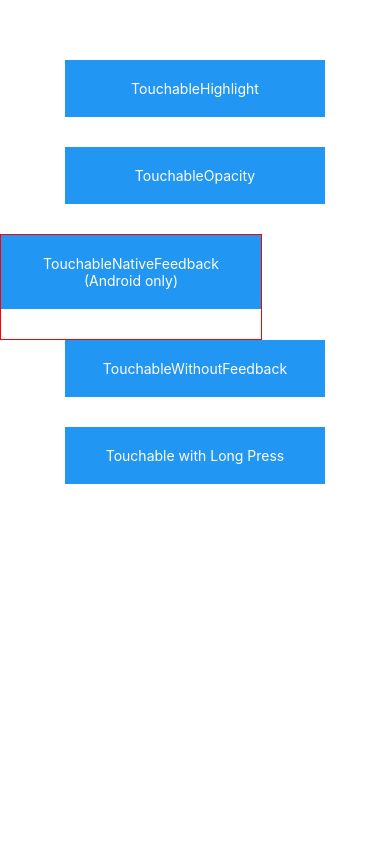
Repository: Waikato153/AwesomeProject
Screen: /
The author's editor kept a copy of each file at every save. The screen is drawn from the files as they stood at one save, then again after a run of saves.
The app was drawn by React Native's web renderer in a window 390 px wide. The project was rebuilt for these pictures with package versions that can differ from the ones it lists, and the page was loaded fresh each time.

Above is the screen before, as saved 2024-02-27 10:48:30.

After the next 4 saves:
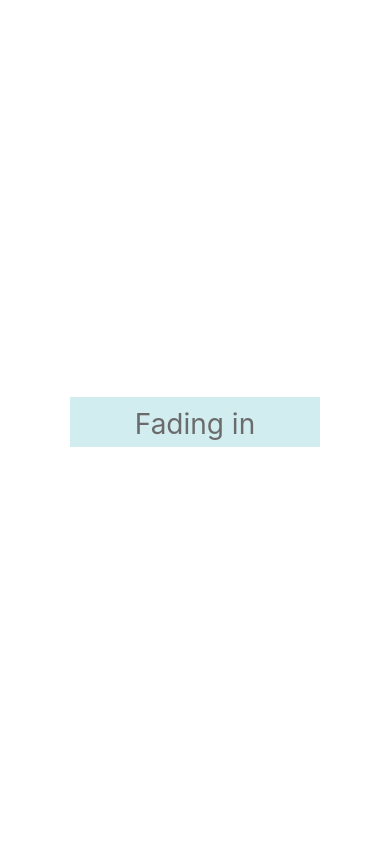
The 4 saves are shown as one change because 3 did not build or start.
The last was saved 9 h 39 min later.
--- a/App.js
+++ b/App.js
@@ -1,84 +1,47 @@
-import React, {Component} from 'react';
-import {
-  Alert,
-  Platform,
-  StyleSheet,
-  Text,
-  TouchableHighlight,
-  TouchableOpacity,
-  TouchableNativeFeedback,
-  TouchableWithoutFeedback,
-  View,
-} from 'react-native';
+import React, {useRef, useEffect} from 'react';
+import {Animated, Text, View} from 'react-native';
 
-export default class Touchables extends Component {
-  _onPressButton() {
-    Alert.alert('You tapped the button!');
-  }
+const FadeInView = props => {
+  const fadeAnim = useRef(new Animated.Value(0)).current; // Initial value for opacity: 0
 
-  _onLongPressButton() {
-    Alert.alert('You long-pressed the button!');
-  }
+  useEffect(() => {
+    Animated.timing(fadeAnim, {
+      toValue: 1,
+      duration: 10000,
+      useNativeDriver: true,
+    }).start();
+  }, [fadeAnim]);
 
-  render() {
-    return (
-      <View style={styles.container}>
-        <TouchableHighlight onPress={this._onPressButton} underlayColor="white">
-          <View style={styles.button}>
-            <Text style={styles.buttonText}>TouchableHighlight</Text>
-          </View>
-        </TouchableHighlight>
-        <TouchableOpacity onPress={this._onPressButton}>
-          <View style={styles.button}>
-            <Text style={styles.buttonText}>TouchableOpacity</Text>
-          </View>
-        </TouchableOpacity>
-        <TouchableNativeFeedback
-          onPress={this._onPressButton}
-          background={
-            Platform.OS === 'android'
-              ? TouchableNativeFeedback.SelectableBackground()
-              : undefined
-          }>
-          <View style={styles.button}>
-            <Text style={styles.buttonText}>
-              TouchableNativeFeedback{' '}
-              {Platform.OS !== 'android' ? '(Android only)' : ''}
-            </Text>
-          </View>
-        </TouchableNativeFeedback>
-        <TouchableWithoutFeedback onPress={this._onPressButton}>
-          <View style={styles.button}>
-            <Text style={styles.buttonText}>TouchableWithoutFeedback</Text>
-          </View>
-        </TouchableWithoutFeedback>
-        <TouchableHighlight
-          onPress={this._onPressButton}
-          onLongPress={this._onLongPressButton}
-          underlayColor="white">
-          <View style={styles.button}>
-            <Text style={styles.buttonText}>Touchable with Long Press</Text>
-          </View>
-        </TouchableHighlight>
-      </View>
-    );
-  }
-}
+  return (
+    <Animated.View // Special animatable View
+      style={{
+        ...props.style,
+        opacity: fadeAnim, // Bind opacity to animated value
+      }}>
+      {props.children}
+    </Animated.View>
+  );
+};
 
-const styles = StyleSheet.create({
-  container: {
-    paddingTop: 60,
-    alignItems: 'center',
-  },
-  button: {
-    marginBottom: 30,
-    width: 260,
-    alignItems: 'center',
-    backgroundColor: '#2196F3',
-  },
-  buttonText: {
-    textAlign: 'center',
-    padding: 20,
-    color: 'white',
-  },
-});
+// You can then use your `FadeInView` in place of a `View` in your components:
+export default () => {
+  return (
+    <View
+      style={{
+        flex: 1,
+        alignItems: 'center',
+        justifyContent: 'center',
+      }}>
+      <FadeInView
+        style={{
+          width: 250,
+          height: 50,
+          backgroundColor: 'powderblue',
+        }}>
+        <Text style={{fontSize: 28, textAlign: 'center', margin: 10}}>
+          Fading in
+        </Text>
+      </FadeInView>
+    </View>
+  );
+};
